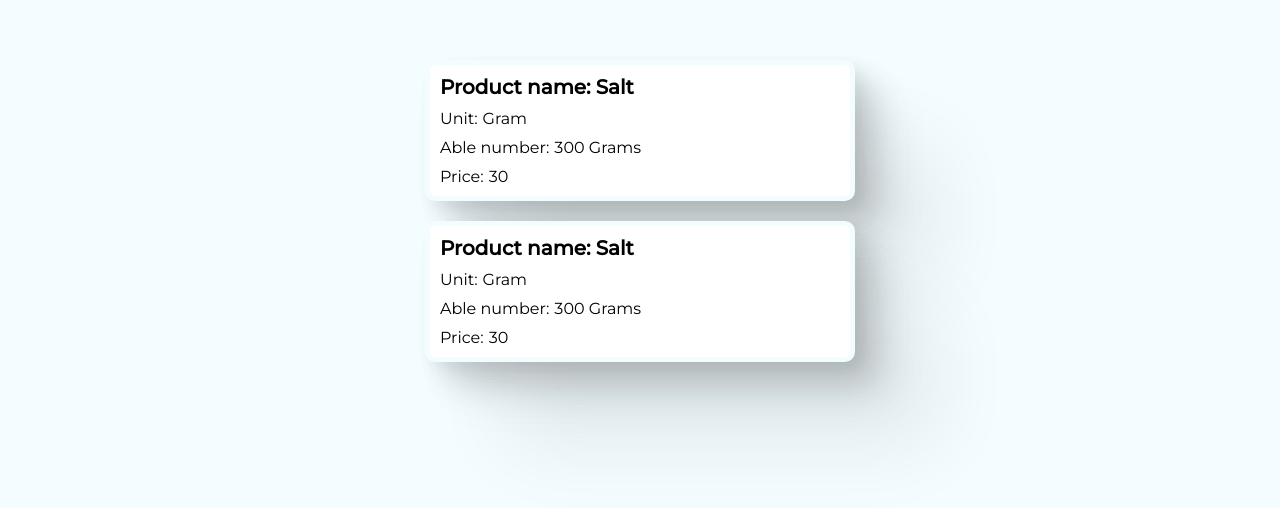
Repository: OlexandraKovach2/Vue
Page: / (app in vuexam/brila-exam/)
An editor plug-in stored every save of this project. The page is shown before and after the next save, followed by the edit.
The browser window is 1280 px wide. The pictures show the whole page.
The project was rebuilt for these pictures with package versions that can differ from the ones it lists, and the page was loaded fresh each time. Also part of the build but not shown: vuexam/brila-exam/vue.config.js.

Above is the page before, as saved 2022-11-08 21:58:55.

After the next save:
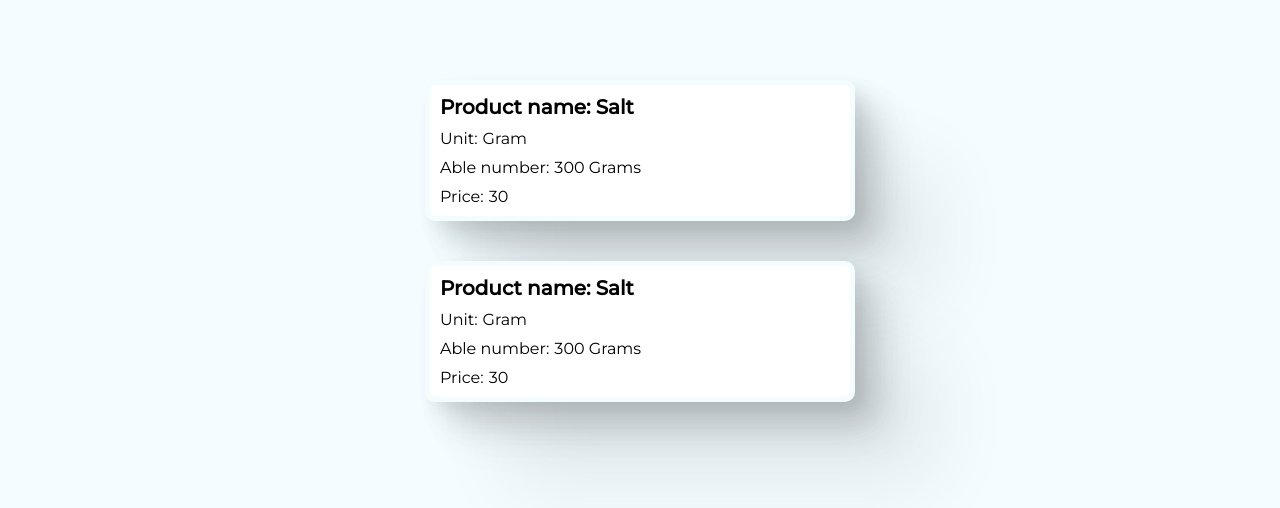
Saved 5 s later.
--- a/vuexam/brila-exam/src/components/ObjectTable/ObjectBase.vue
+++ b/vuexam/brila-exam/src/components/ObjectTable/ObjectBase.vue
@@ -53,7 +53,7 @@
 
 <style lang="scss" scoped>
 .ObjectCard{
-    margin-top: 20px;
+    margin-top: 40px;
     background-color: white;
     width: 400px;
     border-radius: 10px;
